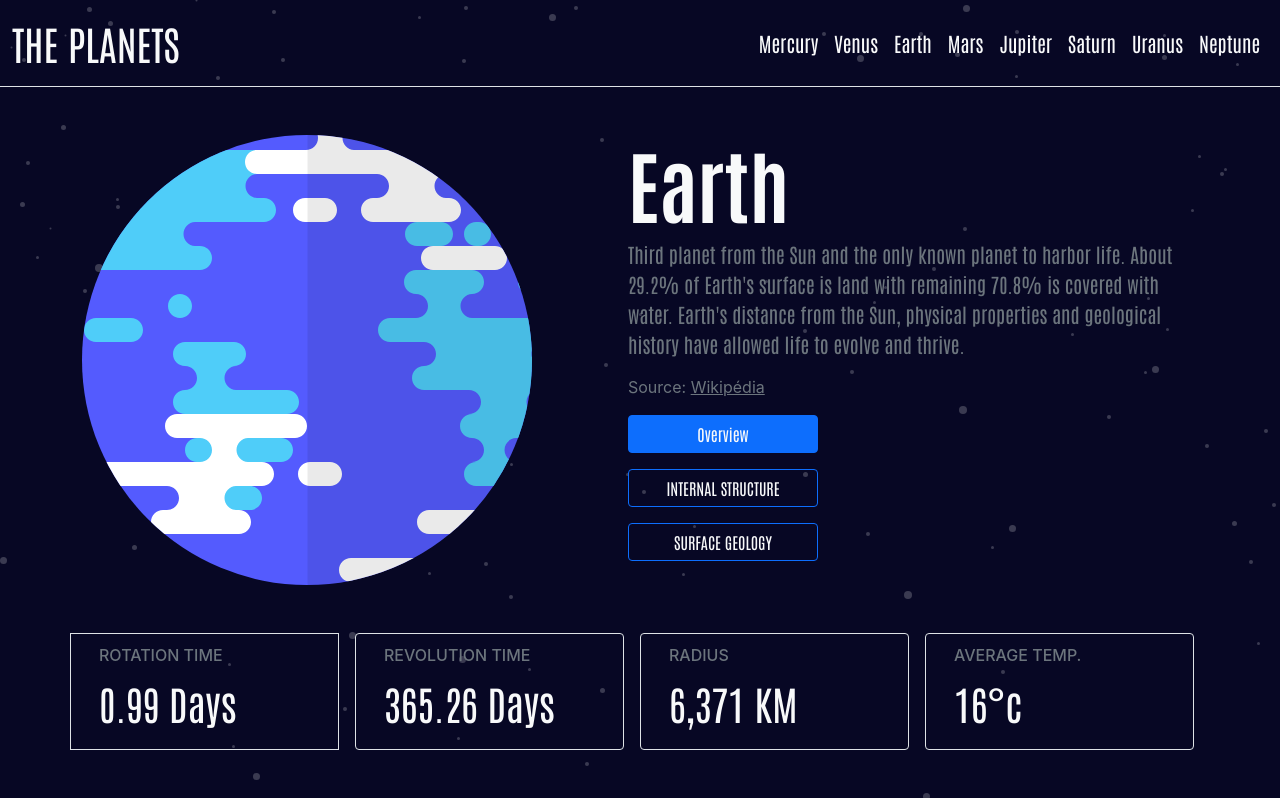
Repository: andre06x/the-planets
Page: /
An editor plug-in stored every save of this project. The page is shown before and after the next save, followed by the edit.
The browser window is 1280 px wide. The pictures show the whole page.
The project was rebuilt for these pictures with package versions that can differ from the ones it lists, and the page was loaded fresh each time.

Above is the page before, as saved 2021-10-19 16:30:33.

### public/index.html
<!DOCTYPE html>
<html lang="en">

<head>
  <meta charset="utf-8" />
  <link rel="icon" href="%PUBLIC_URL%/favicon.ico" />
  <meta name="viewport" content="width=device-width, initial-scale=1" />
  <meta name="theme-color" content="#000000" />
  <link rel="preconnect" href="https://fonts.googleapis.com">
  <link rel="preconnect" href="https://fonts.gstatic.com" crossorigin>
  <link href="https://fonts.googleapis.com/css2?family=Antonio:wght@400;500;600;700&display=swap" rel="stylesheet">
  <meta name="description" content="Web site created using create-react-app" />
  <link rel="apple-touch-icon" href="%PUBLIC_URL%/logo192.png" />
  <link rel="manifest" href="%PUBLIC_URL%/manifest.json" />
  <link rel="stylesheet" href="%PUBLIC_URL%/bootstrap-5.1.3-dist/css/bootstrap.min.css">
  <title>React App</title>
</head>

<body>
  <noscript>You need to enable JavaScript to run this app.</noscript>
  <div id="root"></div>
  <script src="./bootstrap-5.1.3-dist/js/bootstrap.min.js"></script>
</body>

</html>

### src/index.js
import React from 'react';
import ReactDOM from 'react-dom';
import App from './App';
import reportWebVitals from './reportWebVitals';
import Global from './styles/global';

ReactDOM.render(
  <React.StrictMode>
    <Global />
    <App />
  </React.StrictMode>,
  document.getElementById('root')
);

// If you want to start measuring performance in your app, pass a function
// to log results (for example: reportWebVitals(console.log))
// or send to an analytics endpoint. Learn more: https://bit.ly/CRA-vitals
reportWebVitals();

### src/App.js
import logo from './logo.svg';
// import './App.css';
import Header from './components/Header';
import Container from './components/Container';

function App() {
  return (
    <div className="App">
      <Header />
      <Container />
    </div>
  );
}

export default App;

### src/styles/global.js
import { createGlobalStyle } from 'styled-components';
import img from '../background-stars.svg';

export default createGlobalStyle`
  body {
    background-image: url(${img});
    background-color: #070724;
    background-repeat: repeat;
  margin: 0;
  font-family: -apple-system, BlinkMacSystemFont, 'Segoe UI', 'Roboto', 'Oxygen',
    'Ubuntu', 'Cantarell', 'Fira Sans', 'Droid Sans', 'Helvetica Neue',
    sans-serif;
  -webkit-font-smoothing: antialiased;
  -moz-osx-font-smoothing: grayscale;
}

code {
  font-family: source-code-pro, Menlo, Monaco, Consolas, 'Courier New',
    monospace;
}
`;

### src/components/Header.js
import React, { useEffect } from 'react';
import data from '../data.json';
import { usePlanet } from '../zustand';

const Header = () => {
  const planetSetar = usePlanet(state => state.nomePlanet);
  const planet = usePlanet(state => state.planet);

  useEffect(() => {
    console.log(planet)
  }, [planet])

  return (
    <nav class="navbar navbar-expand-lg navbar-dark bg-transparent border-bottom border-muted ">
      <div class="container-fluid d-flex justify-content-between">
        <a class="navbar-brand fs-1 text-light font-antonio" href="#">THE PLANETS</a>
        <button class="navbar-toggler text-light" type="button" data-bs-toggle="collapse" data-bs-target="#navbarSupportedContent" aria-controls="navbarSupportedContent" aria-expanded="false" aria-label="Toggle navigation">
          <span class="navbar-toggler-icon text-light"></span>
        </button>
        <div class="collapse navbar-collapse justify-content-end" id="navbarSupportedContent">
          <div>
            <ul class="navbar-nav me-auto mb-2 mb-lg-0">
              {
                data.map(d => (
                  <li class="nav-item">
                    <a
                      class="nav-link active text-light fs-5 font-antonio"
                      aria-current="page"
                      href="#"
                      onClick={() => planetSetar(d.name)}
                    >
                      {d.name}
                    </a>
                  </li>
                ))
              }
            </ul>
          </div>
        </div>
      </div>
    </nav>
  )
}



export default Header

### src/components/Container.js
import React, { useEffect, useState } from 'react';
// import earth from '../assets/planet-earth.svg';
import data from '../data.json';
import { usePlanet } from '../zustand';

const Container = () => {
  const [selectBox, setSelectBox] = useState(1);
  const planet = usePlanet(state => state.planet);
  // const [planet, setPlanet] = useState('Earth');
  const [text, setText] = useState(data.filter(d => d.name === planet)[0].overview);
  const [imagee, setImagee] = useState('assets/planet-earth.svg');
  const [dataPlanet, setDataPlanet] = useState(['']);



  const op = [
    { id: 1, titulo: 'Overview' },
    { id: 2, titulo: 'INTERNAL STRUCTURE' },
    { id: 3, titulo: 'SURFACE GEOLOGY' },
  ]

  function buttonChange(o) {
    setSelectBox(o.id);

    if (o.id === 1) {
      setText(data.filter(d => d.name === planet)[0].overview);
      setImagee(data.filter(d => d.name === planet)[0].images.planet);
    }

    if (o.id === 2) {
      setText(data.filter(d => d.name === planet)[0].structure);
      setImagee(data.filter(d => d.name === planet)[0].images.internal);

    }

    if (o.id === 3) {
      setText(data.filter(d => d.name === planet)[0].geology);
      setImagee(data.filter(d => d.name === planet)[0].images.geology);

    }

  }

  useEffect(() => {
    setDataPlanet(data.filter(d => d.name === planet)[0]);
    setImagee(data.filter(d => d.name === planet)[0].images.planet);
    setText(data.filter(d => d.name === planet)[0].overview);
    setSelectBox(1);

  }, [planet]);
  return (
    <div className="container mt-md-5">
      <div className="d-flex flex-column">
        <div className="d-flex flex-md-row flex-column-reverse justify-content-between">
          <div className="me-5">
            <img src={imagee} alt="" />
          </div>
          <div className="ms-md-5 d-flex flex-md-column flex-column-reverse">
            <h1 className="display-1 text-light font-antonio fw-bold">
              {planet}
            </h1>
            <p className="lead text-muted font-antonio">
              {text.content}
            </p>
            <span className="text-secondary">
              Source: <a href="" className="text-secondary"> Wikipédia</a>
            </span>

            <div className="d-flex flex-md-column mt-md-3 font-antonio fw-bold">
              {op.map(o => (
                <button
                  className={`btn text-light btn-outline-primary mb-3 col-4${selectBox === o.id ? ' btn-primary' : ''}`}
                  onClick={() => buttonChange(o)}
                >
                  {o.titulo}
                </button>
              ))}
            </div>
          </div>
        </div>
      </div>
      <div className="row mt-5 mb-5">
        <div class="col me-3 bg-transparent border">
          <div class="card-body">
            <h6 class="card-subtitle mb-2 text-muted">
              ROTATION TIME
            </h6>
            <p class="card-text text-light font-antonio fs-1">
              {dataPlanet.rotation}
            </p>
          </div>
        </div>
        <div class="card col me-3 bg-transparent border">
          <div class="card-body">
            <h6 class="card-subtitle mb-2 text-muted">
              REVOLUTION TIME
            </h6>
            <p class="card-text text-light font-antonio fs-1">
              {dataPlanet.revolution}
            </p>
          </div>
        </div>
        <div class="card col me-3 bg-transparent border">
          <div class="card-body">
            <h6 class="card-subtitle mb-2 text-muted">
              RADIUS
            </h6>
            <p class="card-text text-light font-antonio fs-1">
              {dataPlanet.radius}
            </p>
          </div>
        </div>
        <div class="card col me-3 bg-transparent border">
          <div class="card-body">
            <h6 class="card-subtitle mb-2 text-muted">
              AVERAGE TEMP.
            </h6>
            <p class="card-text text-light font-antonio fs-1">
              {dataPlanet.temperature}
            </p>
          </div>
        </div>
      </div>
    </div>
  )
}

export default Container;

### src/data.json
[
  {
    "name": "Mercury",
    "overview": {
      "content": "Mercury is the smallest planet in the Solar System and the closest to the Sun. Its orbit around the Sun takes 87.97 Earth days, the shortest of all the Sun's planets. Mercury is one of four terrestrial planets in the Solar System, and is a rocky body like Earth.",
      "source": "https://en.wikipedia.org/wiki/Mercury_(planet)"
    },
    "structure": {
      "content": "Mercury appears to have a solid silicate crust and mantle overlying a solid, iron sulfide outer core layer, a deeper liquid core layer, and a solid inner core. The planet's density is the second highest in the Solar System at 5.427 g/cm3 , only slightly less than Earth's density.",
      "source": "https://en.wikipedia.org/wiki/Mercury_(planet)#Internal_structure"
    },
    "geology": {
      "content": "Mercury's surface is similar in appearance to that of the Moon, showing extensive mare-like plains and heavy cratering, indicating that it has been geologically inactive for billions of years. It is more heterogeneous than either Mars's or the Moon’s.",
      "source": "https://en.wikipedia.org/wiki/Mercury_(planet)#Surface_geology"
    },
    "rotation": "58.6 Days",
    "revolution": "87.97 Days",
    "radius": "2,439.7 KM",
    "temperature": "430°c",
    "images": {
      "planet": "assets/planet-mercury.svg",
      "internal": "assets/planet-mercury-internal.svg",
      "geology": "assets/geology-mercury.png"
    }
  },
  {
    "name": "Venus",
    "overview": {
      "content": "Venus is the second planet from the Sun. It is named after the Roman goddess of love and beauty. As the brightest natural object in Earth's night sky after the Moon, Venus can cast shadows and can be, on rare occasions, visible to the naked eye in broad daylight.",
      "source": "https://en.wikipedia.org/wiki/Venus"
    },
    "structure": {
      "content": "The similarity in size and density between Venus and Earth suggests they share a similar internal structure: a core, mantle, and crust. Like that of Earth, Venusian core is most likely at least partially liquid because the two planets have been cooling at about the same rate.",
      "source": "https://en.wikipedia.org/wiki/Venus#Internal_structure"
    },
    "geology": {
      "content": "Much of the Venusian surface appears to have been shaped by volcanic activity. Venus has several times as many volcanoes as Earth, and it has 167 large volcanoes that are over 100 km (60 mi) across. The only volcanic complex of this size on Earth is the Big Island of Hawaii.",
      "source": "https://en.wikipedia.org/wiki/Venus#Surface_geology"
    },
    "rotation": "243 Days",
    "revolution": "224.7 Days",
    "radius": "6,051.8 KM",
    "temperature": "471°c",
    "images": {
      "planet": "assets/planet-venus.svg",
      "internal": "assets/planet-venus-internal.svg",
      "geology": "assets/geology-venus.png"
    }
  },
  {
    "name": "Earth",
    "overview": {
      "content": "Third planet from the Sun and the only known planet to harbor life. About 29.2% of Earth's surface is land with remaining 70.8% is covered with water. Earth's distance from the Sun, physical properties and geological history have allowed life to evolve and thrive.",
      "source": "https://en.wikipedia.org/wiki/Earth"
    },
    "structure": {
      "content": "Earth's interior, like that of the other terrestrial planets, is divided into layers by their chemical or physical (rheological) properties. The outer layer is a chemically distinct silicate solid crust, which is underlain by a highly viscous solid mantle.",
      "source": "https://en.wikipedia.org/wiki/Earth#Internal_structure"
    },
    "geology": {
      "content": "The total surface area of Earth is about 510 million km2. The continental crust consists of lower density material such as the igneous rocks granite and andesite. Less common is basalt, a denser volcanic rock that is the primary constituent of the ocean floors.",
      "source": "https://en.wikipedia.org/wiki/Earth#Surface"
    },
    "rotation": "0.99 Days",
    "revolution": "365.26 Days",
    "radius": "6,371 KM",
    "temperature": "16°c",
    "images": {
      "planet": "assets/planet-earth.svg",
      "internal": "assets/planet-earth-internal.svg",
      "geology": "assets/geology-earth.png"
    }
  },
  {
    "name": "Mars",
    "overview": {
      "content": "Mars is the fourth planet from the Sun and the second-smallest planet in the Solar System, being larger than only Mercury. In English, Mars carries the name of the Roman god of war and is often referred to as the \"Red Planet\".",
      "source": "https://en.wikipedia.org/wiki/Mars"
    },
    "structure": {
      "content": "Like Earth, Mars has differentiated into a dense metallic core overlaid by less dense materials. Scientists initially determined that the core is at least partially liquid. Current models of its interior imply a core consisting primarily of iron and nickel with about 16–17% sulfur.",
      "source": "https://en.wikipedia.org/wiki/Mars#Internal_structure"
    },
    "geology": {
      "content": "Mars is a terrestrial planet whose surface consists of minerals containing silicon and oxygen, metals, and other elements that typically make up rock. The surface is primarily composed of tholeiitic basalt, although parts are more silica-rich than typical basalt.",
      "source": "https://en.wikipedia.org/wiki/Mars#Surface_geology"
    },
    "rotation": "1.03 Days",
    "revolution": "1.88 Years",
    "radius": "3,389.5 KM",
    "temperature": "-28°c",
    "images": {
      "planet": "assets/planet-mars.svg",
      "internal": "assets/planet-mars-internal.svg",
      "geology": "assets/geology-mars.png"
    }
  },
  {
    "name": "Jupiter",
    "overview": {
      "content": "Jupiter is the fifth planet from the Sun and the largest in the Solar System. It is a gas giant with a mass two and a half times that of all the other planets in the Solar System combined, but less than one-thousandth the mass of the Sun.",
      "source": "https://en.wikipedia.org/wiki/Jupiter"
    },
    "structure": {
      "content": "When the Juno arrived in 2016, it found that Jupiter has a very diffuse core that mixes into its mantle. A possible cause is an impact from a planet of about ten Earth masses a few million years after Jupiter's formation, which would have disrupted an originally solid Jovian core.",
      "source": "https://en.wikipedia.org/wiki/Jupiter#Internal_structure"
    },
    "geology": {
      "content": "The best known feature of Jupiter is the Great Red Spot, a persistent anticyclonic storm located 22° south of the equator. It is known to have existed since at least 1831, and possibly since 1665.",
      "source": "https://en.wikipedia.org/wiki/Jupiter#Great_Red_Spot_and_other_vortices"
    },
    "rotation": "9.93 Hours",
    "revolution": "11.86 Years",
    "radius": "69,911 KM",
    "temperature": "-108°c",
    "images": {
      "planet": "assets/planet-jupiter.svg",
      "internal": "assets/planet-jupiter-internal.svg",
      "geology": "assets/geology-jupiter.png"
    }
  },
  {
    "name": "Saturn",
    "overview": {
      "content": "Saturn is the sixth planet from the Sun and the second-largest in the Solar System, after Jupiter. It is a gas giant with an average radius of about nine and a half times that of Earth. It only has one-eighth the average density of Earth.",
      "source": "https://en.wikipedia.org/wiki/Saturn"
    },
    "structure": {
      "content": "Despite consisting mostly of hydrogen and helium, most of Saturn's mass is not in the gas phase, because hydrogen becomes a non-ideal liquid when the density is above 0.01 g/cm3, which is reached at a radius containing 99.9% of Saturn's mass.",
      "source": "https://en.wikipedia.org/wiki/Saturn#Internal_structure"
    },
    "geology": {
      "content": "The outer atmosphere of Saturn contains 96.3% molecular hydrogen and 3.25% helium by volume. The planet's most famous feature is its prominent ring system, which is composed mostly of ice particles with a smaller amount of rocky debris and dust.",
      "source": "https://en.wikipedia.org/wiki/Saturn#Atmosphere"
    },
    "rotation": "10.8 Hours",
    "revolution": "29.46 Years",
    "radius": "58,232 KM",
    "temperature": "-138°c",
    "images": {
      "planet": "assets/planet-saturn.svg",
      "internal": "assets/planet-saturn-internal.svg",
      "geology": "assets/geology-saturn.png"
    }
  },
  {
    "name": "Uranus",
    "overview": {
      "content": "Uranus is the seventh planet from the Sun. Its name is a reference to the Greek god of the sky, Uranus according to Greek mythology, was the great-grandfather of Ares. It has the third-largest planetary radius and fourth-largest planetary mass in the Solar System.",
      "source": "https://en.wikipedia.org/wiki/Uranus"
    },
    "structure": {
      "content": "The standard model of Uranus's structure is that it consists of three layers: a rocky (silicate/iron–nickel) core in the centre, an icy mantle in the middle and an outer gaseous hydrogen/helium envelope. The core is relatively small, with a mass of only 0.55 Earth masses.",
      "source": "https://en.wikipedia.org/wiki/Uranus#Internal_structure"
    },
    "geology": {
      "content": "The composition of Uranus's atmosphere is different from its bulk, consisting mainly of molecular hydrogen and helium. The helium molar fraction, i.e. the number of helium atoms per molecule of gas, is 0.15±0.03 in the upper troposphere.",
      "source": "https://en.wikipedia.org/wiki/Uranus#Atmosphere"
    },
    "rotation": "17.2 Hours",
    "revolution": "84 Years",
    "radius": "25,362 KM",
    "temperature": "-195°c",
    "images": {
      "planet": "assets/planet-uranus.svg",
      "internal": "assets/planet-uranus-internal.svg",
      "geology": "assets/geology-uranus.png"
    }
  },
  {
    "name": "Neptune",
    "overview": {
      "content": "Neptune is the eighth and farthest-known Solar planet from the Sun. In the Solar System, it is the fourth-largest planet by diameter, the third-most-massive planet, and the densest giant planet. It is 17 times the mass of Earth, more massive than its near-twin Uranus.",
      "source": "https://en.wikipedia.org/wiki/Neptune"
    },
    "structure": {
      "content": "Neptune's internal structure resembles that of Uranus. Its atmosphere forms about 5% to 10% of its mass and extends perhaps 10% to 20% of the way towards the core. Increasing concentrations of methane, ammonia and water are found in the lower regions.",
      "source": "https://en.wikipedia.org/wiki/Neptune#Internal_structure"
    },
    "geology": {
      "content": "Neptune's atmosphere is 80% hydrogen and 19% helium. A trace amount of methane is also present. Prominent absorption bands of methane exist at wavelengths above 600 nm, in the red and infrared portion of the spectrum.",
      "source": "https://en.wikipedia.org/wiki/Neptune#Atmosphere"
    },
    "rotation": "16.08 Hours",
    "revolution": "164.79 Years",
    "radius": "24,622 KM",
    "temperature": "-201°c",
    "images": {
      "planet": "assets/planet-neptune.svg",
      "internal": "assets/planet-neptune-internal.svg",
      "geology": "assets/geology-neptune.png"
    }
  }
]

### src/zustand/index.js
import create from 'zustand';

const usePlanet = create(set => ({
  planet: 'Earth',
  nomePlanet: (namePlanet) => set(state => ({ planet: namePlanet}))
}))

export { usePlanet }

Loaded but not shown: src/reportWebVitals.js (common file); public/bootstrap-5.1.3-dist/css/bootstrap.min.css (library); public/bootstrap-5.1.3-dist/js/bootstrap.min.js (library)

After the next save:
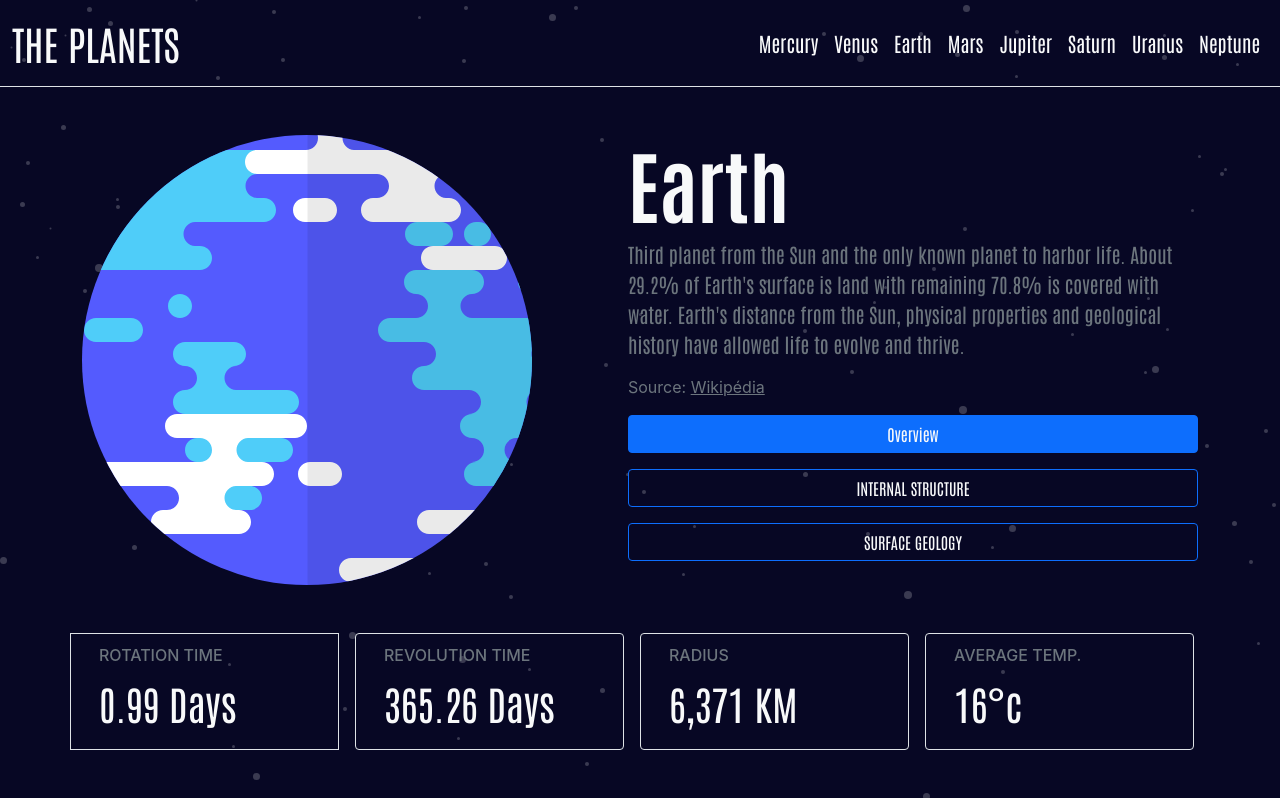
Saved 40 s later.
--- a/src/components/Container.js
+++ b/src/components/Container.js
@@ -69,7 +69,7 @@ const Container = () => {
             <div className="d-flex flex-md-column mt-md-3 font-antonio fw-bold">
               {op.map(o => (
                 <button
-                  className={`btn text-light btn-outline-primary mb-3 col-4${selectBox === o.id ? ' btn-primary' : ''}`}
+                  className={`btn text-light btn-outline-primary mb-3 col-4 col-md-12 ${selectBox === o.id ? ' btn-primary' : ''}`}
                   onClick={() => buttonChange(o)}
                 >
                   {o.titulo}
